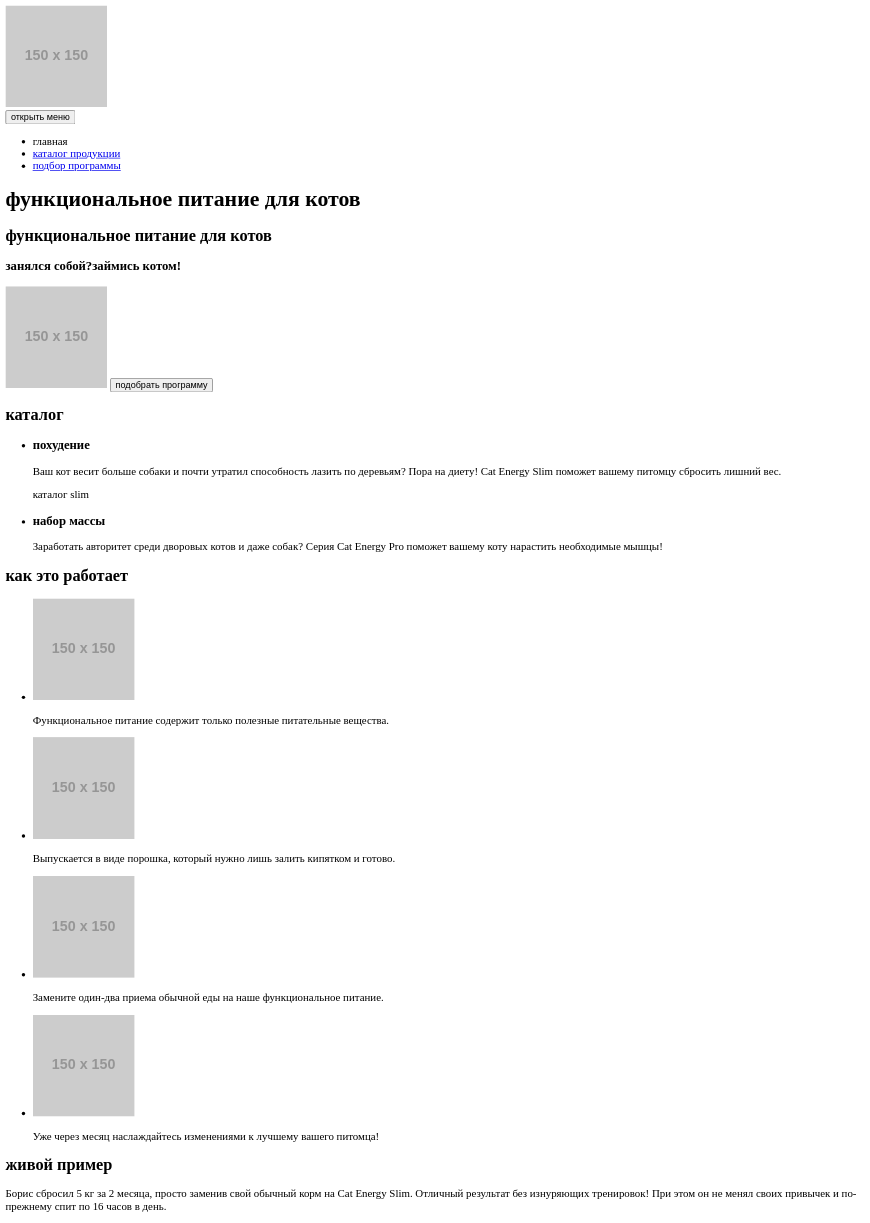
Repository: svetlana2885/1411135-cat-energy-20
Page: source/index.html
The author's editor kept a copy of each file at every save. The page is drawn from the files as they stood at one save, then again after the next save.
The browser window is 1280 px wide. The pictures show the whole page, at 68% of full size.

Above is the page before, as saved 2020-07-18 20:48:05.

After the next save:
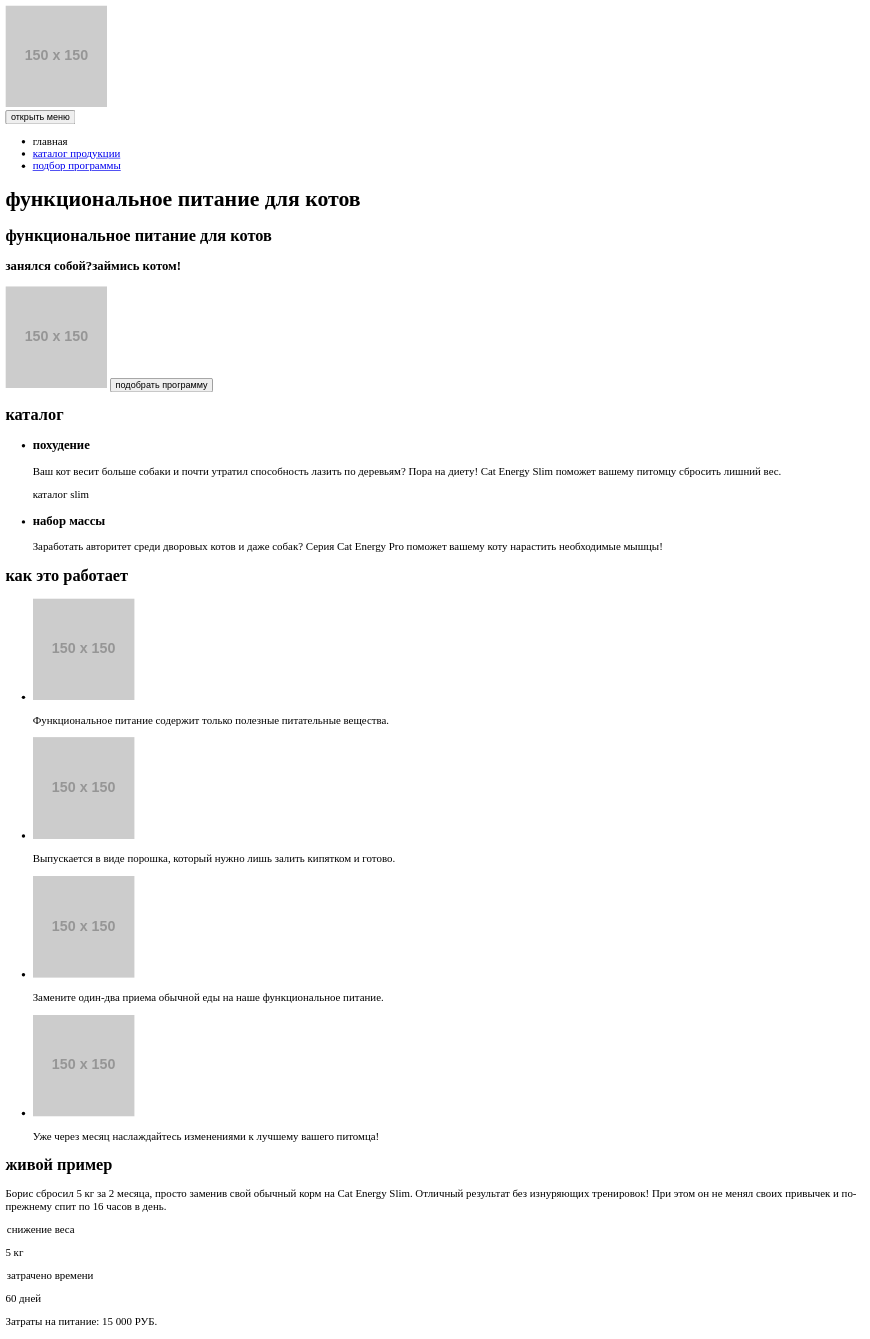
Saved 13 min 1 s later.
--- a/source/index.html
+++ b/source/index.html
@@ -86,11 +86,16 @@
       </section>
       <section class="sample">
         <h2 class="subtitle">живой пример</h2>
-        <p class="text">
+        <p class="subtitle__text">
           Борис сбросил 5 кг за 2 месяца, просто заменив свой обычный корм на Cat Energy Slim.
           Отличный результат без изнуряющих тренировок! При этом он не менял своих привычек и
           по-прежнему спит по 16 часов в день.
         </p>
+        <legend class="slogan">снижение веса</legend>
+        <p class="slogan__text">5 кг</p>
+        <legend>затрачено времени</legend>
+        <p class="slogan__text">60 дней</p>
+        <p class="slogan-subtitle">Затраты на питание: 15 000 РУБ.</p>
       </section>
     </main>
   </body>
